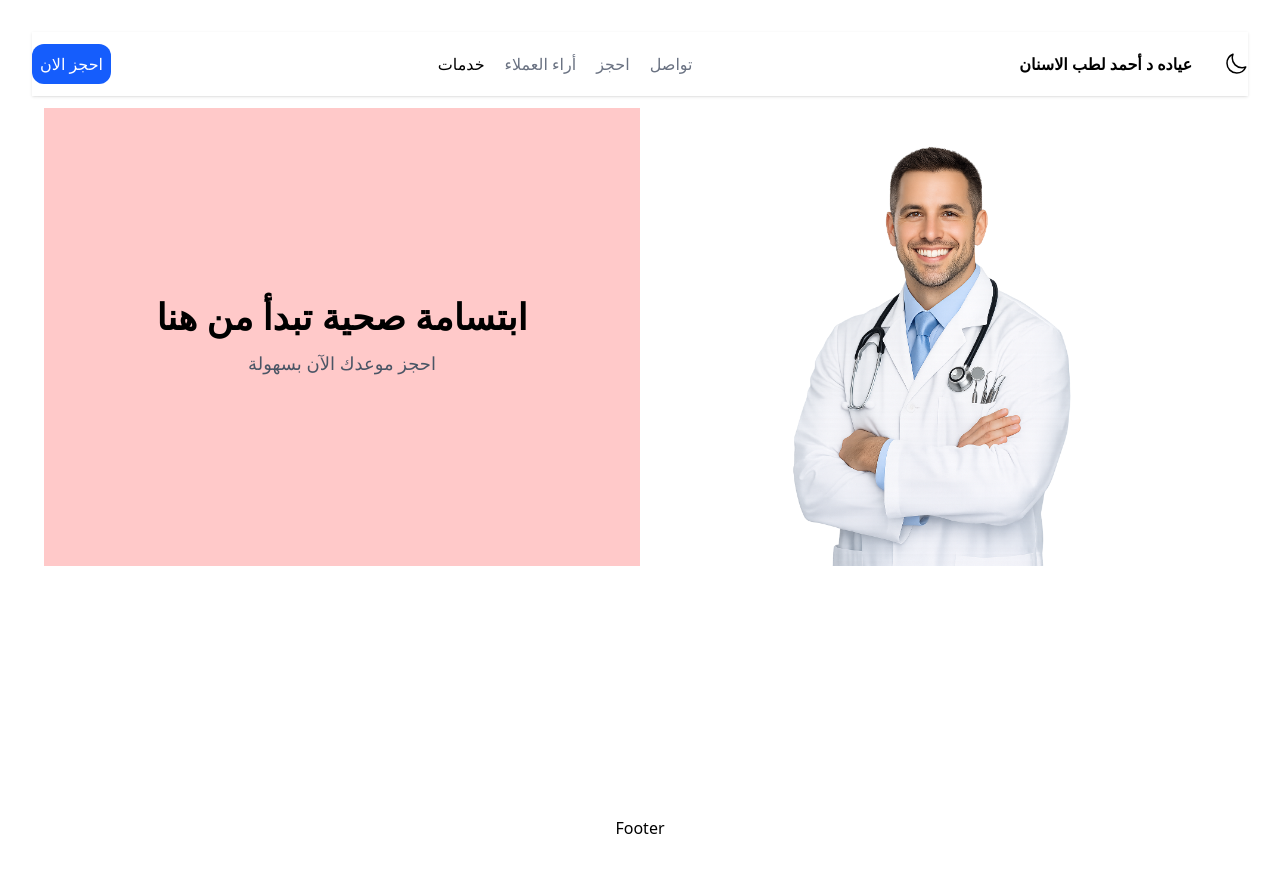
Repository: mohamedehab23-pro/clinic
Page: /
The author's editor kept a copy of each file at every save. The page is drawn from the files as they stood at one save, then again after the next save.
The browser window is 1280 px wide. The pictures show the whole page.
The project was rebuilt for these pictures with package versions that can differ from the ones it lists, and the page was loaded fresh each time. Also part of the build but not shown: vite.config.js, src/Pages/AboutPage.jsx, src/Pages/ContactPage.jsx, src/Pages/NotFound.jsx, src/Components/Child.jsx, src/Components/Parent.jsx.

Above is the page before, as saved 2026-02-22 14:13:00.

After the next save:
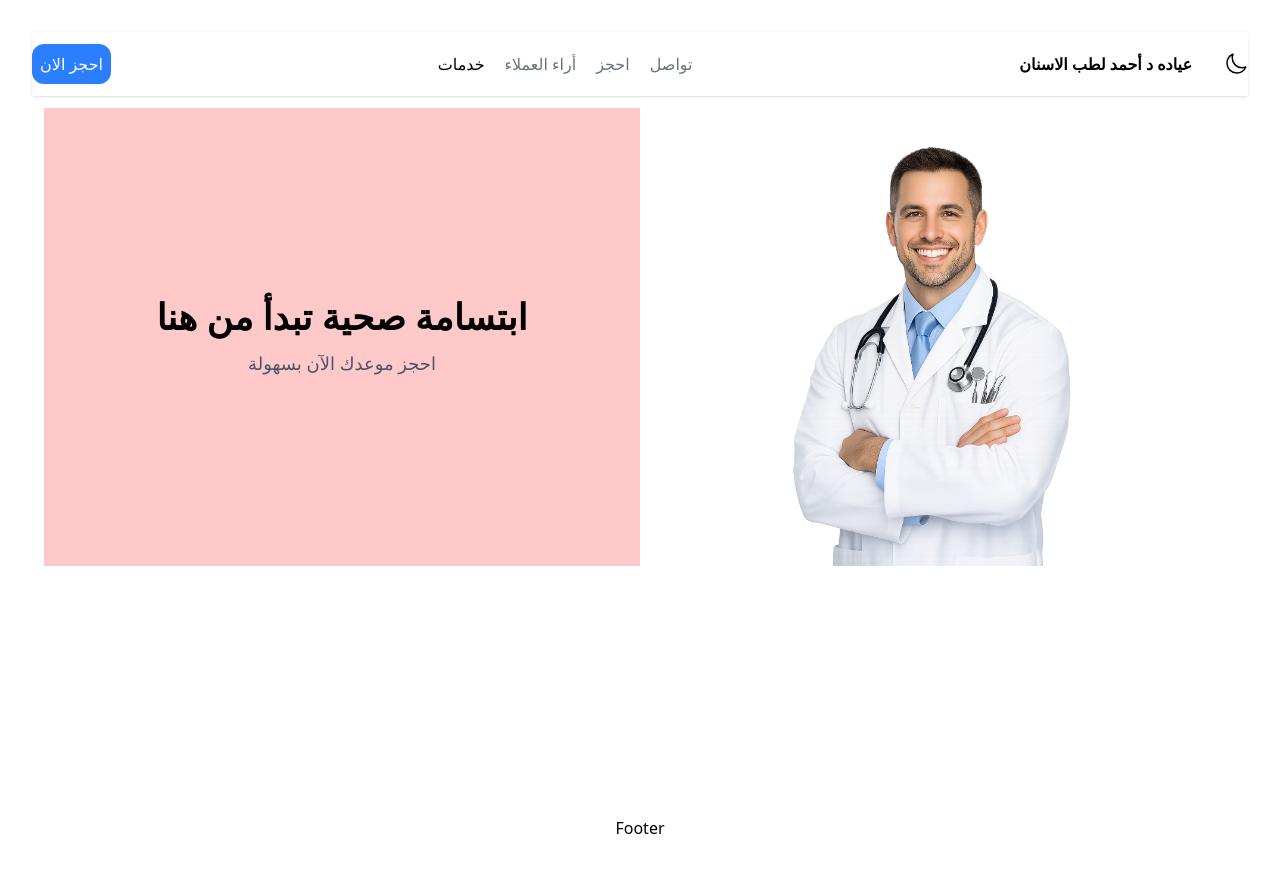
Saved 7 s later.
--- a/src/Components/Navbar.jsx
+++ b/src/Components/Navbar.jsx
@@ -8,7 +8,7 @@ export default function Navbar({setDarkMode,darkMode}) {
     <div className='py-3 shadow sticky top-0 w-full dark:bg-gray-700 bg-white/50'>
 <div className="container px-3 lg:p-0 mx-auto flex items-center justify-between">
 <div>
-  <Button bg={'bg-blue-600'}/>
+  <Button bg={'bg-blue-500'}/>
 </div>
 <div>
   <ul className='lg:flex dark:text-white/50 gap-5 hidden'>
